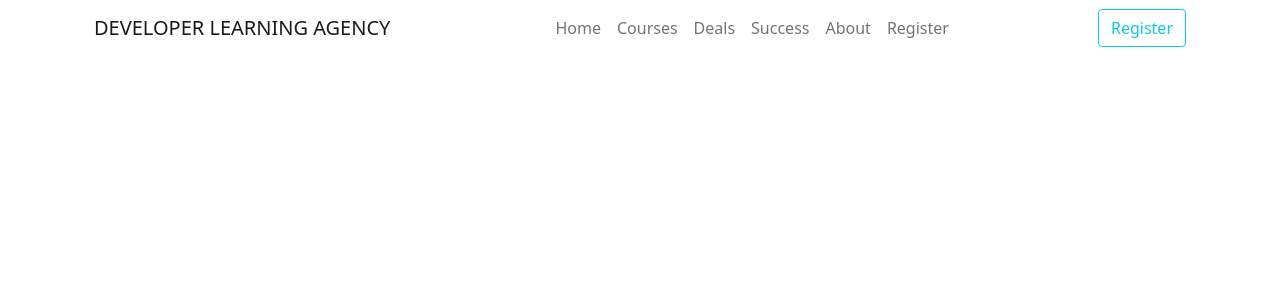
Repository: zjria/developer-learning-agency
Page: index.html
The author's editor kept a copy of each file at every save. The page is drawn from the files as they stood at one save, then again after the next save.
The browser window is 1280 px wide. The pictures show the whole page.

Above is the page before, as saved 2022-10-11 08:59:18.

### index.html
<!DOCTYPE html>
<html lang="en">

<head>
    <meta charset="UTF-8">
    <meta http-equiv="X-UA-Compatible" content="IE=edge">
    <meta name="viewport" content="width=device-width, initial-scale=1.0">
    <title>developer learning agency</title>
    <!-- Bootstrap CSS Link -->
    <link href="https://cdn.jsdelivr.net/npm/bootstrap@5.0.2/dist/css/bootstrap.min.css" rel="stylesheet"
        integrity="sha384-EVSTQN3/azprG1Anm3QDgpJLIm9Nao0Yz1ztcQTwFspd3yD65VohhpuuCOmLASjC" crossorigin="anonymous">

    <!-- custom css link -->
    <link rel="stylesheet" href="css/style.css">
</head>

<body>
    <!-- <h1 class="text-center bg-success">Avoid hatred</h1> -->

    <!-- Header Section Start -->
    <header>
        <section class="container">
            <nav class="navbar navbar-expand-lg navbar-light">
                <div class="container-fluid">
                    <a class="navbar-brand text-uppercase" href="#">Developer learning agency</a>
                    <button class="navbar-toggler" type="button" data-bs-toggle="collapse"
                        data-bs-target="#navbarSupportedContent" aria-controls="navbarSupportedContent"
                        aria-expanded="false" aria-label="Toggle navigation">
                        <span class="navbar-toggler-icon"></span>
                    </button>
                    <div class="collapse navbar-collapse" id="navbarSupportedContent">

                        <ul class="navbar-nav m-auto mb-2 mb-lg-0">
                            <li class="nav-item">
                                <a class="nav-link" href="#">Home</a>
                            </li>
                            <li class="nav-item">
                                <a class="nav-link" href="#">Courses</a>
                            </li>
                            <li class="nav-item">
                                <a class="nav-link" href="#">Deals</a>
                            </li>
                            <li class="nav-item">
                                <a class="nav-link" href="#">Success</a>
                            </li>
                            <li class="nav-item">
                                <a class="nav-link" href="#">About</a>
                            </li>
                            <li class="nav-item">
                                <a class="nav-link" href="#">Register</a>
                            </li>
                        </ul>

                    </div>
                    <form class="d-flex">
                        <button class="btn btn-outline-info" type="submit">Register</button>
                    </form>
                </div>
            </nav>
        </section>
    </header>









    <!-- Bootstrap JS link -->
    <script src="https://cdn.jsdelivr.net/npm/@popperjs/core@2.9.2/dist/umd/popper.min.js"
        integrity="sha384-IQsoLXl5PILFhosVNubq5LC7Qb9DXgDA9i+tQ8Zj3iwWAwPtgFTxbJ8NT4GN1R8p" crossorigin="anonymous">
    </script>
    <script src="https://cdn.jsdelivr.net/npm/bootstrap@5.0.2/dist/js/bootstrap.min.js"
        integrity="sha384-cVKIPhGWiC2Al4u+LWgxfKTRIcfu0JTxR+EQDz/bgldoEyl4H0zUF0QKbrJ0EcQF" crossorigin="anonymous">
    </script>

</body>

</html>

Loaded but not shown: css/style.css (no copy from this time; the picture is the same without it)

After the next save:
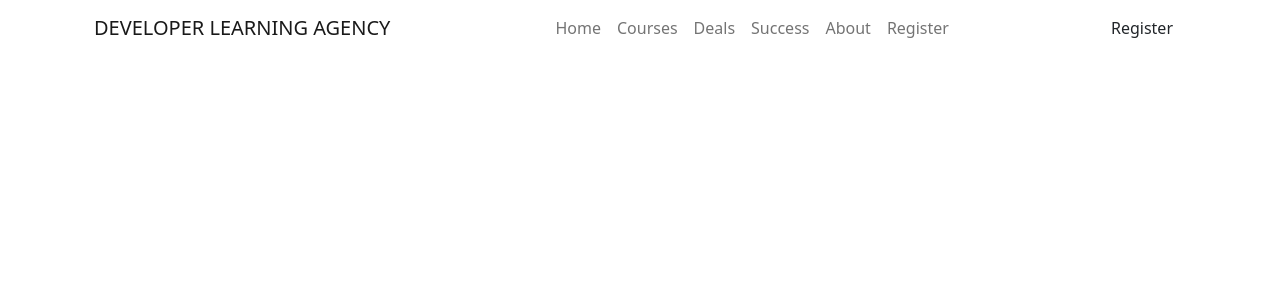
Saved 40 s later.
--- a/index.html
+++ b/index.html
@@ -52,8 +52,8 @@
                         </ul>
 
                     </div>
-                    <form class="d-flex">
-                        <button class="btn btn-outline-info" type="submit">Register</button>
+                    <form class="">
+                        <button class="btn" type="submit">Register</button>
                     </form>
                 </div>
             </nav>
